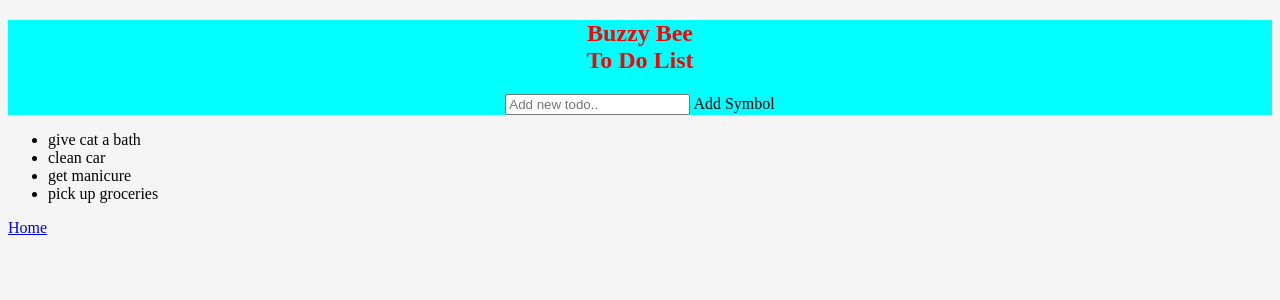
Repository: seleniadelgado/backend-spring2020-angie
Page: projects/todo/public_html/index.html
These files come from the project's save history. The page is drawn as it stood at one moment and after the next save; the edit follows.
The browser window is 1280 px wide. The pictures show the whole page.

Above is the page before, as saved 2020-05-11 18:02:48.
Console error: ReferenceError: d is not defined

### projects/todo/public_html/index.html
<!DOCTYPE html>

<html lang="en">
    <head>
        <meta charset="utf-8">
        <title>Buzzy Bee - To Do List</title>
        <meta name="description" content="The HTML5 Herald">
        <meta name="author" content="SitePoint">
        <link rel="stylesheet" href="styles.css">
        <script
            src="https://code.jquery.com/jquery-3.5.0.min.js"
            integrity="sha256-xNzN2a4ltkB44Mc/Jz3pT4iU1cmeR0FkXs4pru/JxaQ="
            crossorigin="anonymous">
        </script>
</head>
<body>
    <div class="sectionTitle">
        <div class="appTitle">
            <h2>Buzzy Bee <br> To Do List</h2>
        </div>
        <div id="addNote">
            <input type="text" id="newNote" placeholder="Add new todo..">
            <span class="addBtn">Add Symbol</span>
        </div>
    </div>

    <ul id="myList">
        <li>give cat a bath</li>
        <li>clean car</li>
        <li>get manicure</li>
        <li>pick up groceries</li>
    </ul>

























    <a href="http://localhost:3000/">Home</a>



    <script>
        $(document).ready(() => {d
            let objectToSend = {
                note: "Do something",
                author: "Nick"
            }

            $.post("http://localhost:3000/newNote", objectToSend, (dataToGet) => {
                console.log(dataToGet);
            });
            $.post("http://localhost:3000/readNotes", {}, (dataToGet) => {
                let allNotesArray = dataToGet.notes;

                console.log(allNotesArray);
            })
        })
    </script>
</body>
</html>

### projects/todo/public_html/styles.css
html {
    background-color: whitesmoke;
}

.sectionTitle {
    background-color: aqua;
    text-align: center;
}
.appTitle {
    color: red;
}

After the next save:
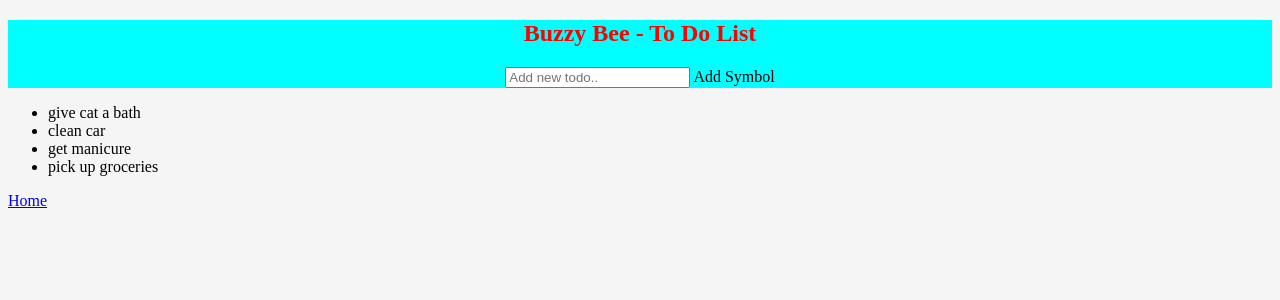
Saved 88 s later.
--- a/projects/todo/public_html/index.html
+++ b/projects/todo/public_html/index.html
@@ -16,7 +16,7 @@
 <body>
     <div class="sectionTitle">
         <div class="appTitle">
-            <h2>Buzzy Bee <br> To Do List</h2>
+            <h2>Buzzy Bee - To Do List</h2>
         </div>
         <div id="addNote">
             <input type="text" id="newNote" placeholder="Add new todo..">
